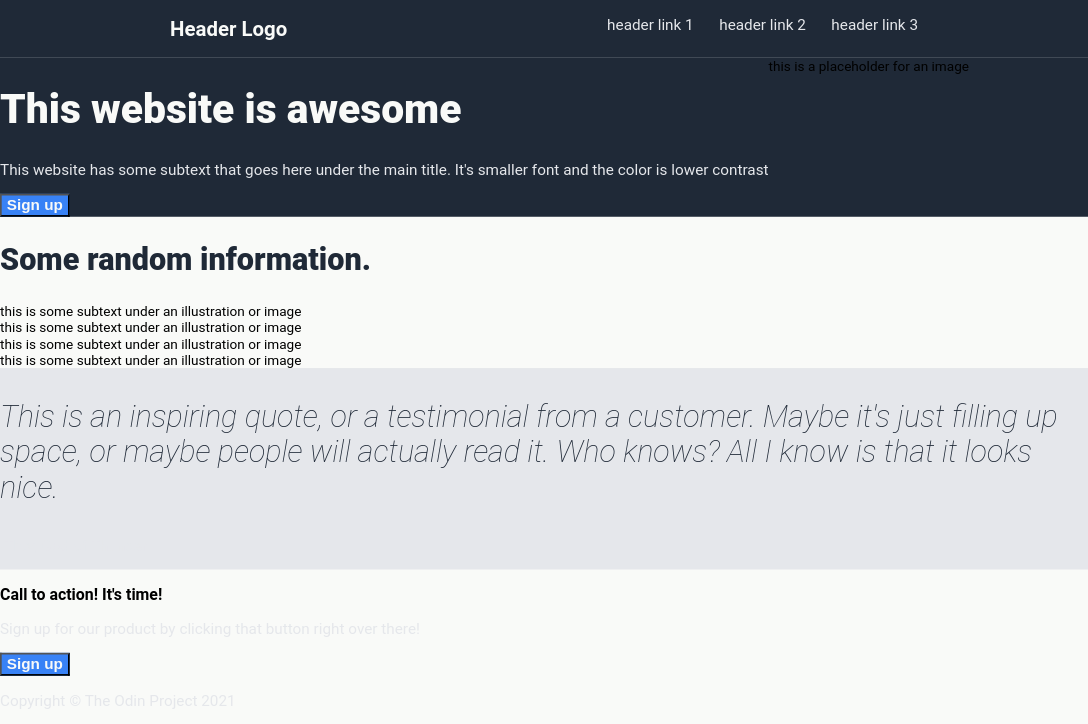
Repository: rsoetydev/landing-page
Page: index.html
An editor plug-in stored every save of this project. The page is shown before and after the next save, followed by the edit.
The browser window is 1280 px wide. The pictures show the whole page, at 85% of full size.

Above is the page before, as saved 2023-11-27 15:56:57.

After the next save:
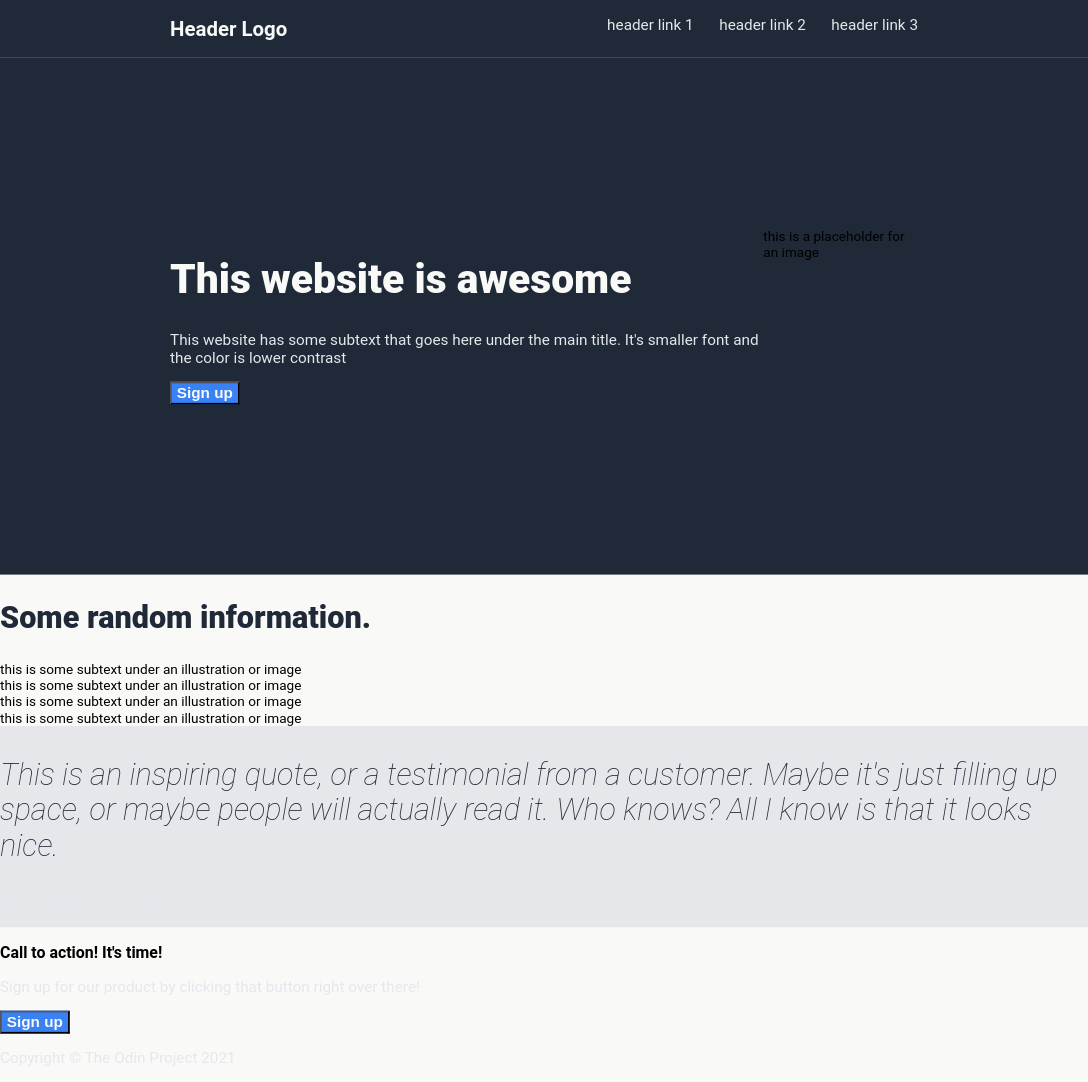
Saved 25 s later.
--- a/style.css
+++ b/style.css
@@ -69,6 +69,7 @@ button{
 .hero{
     display:flex;
     background-color: var(--dark);
+    padding: 200px 200px;
 }
 
 .quote{
